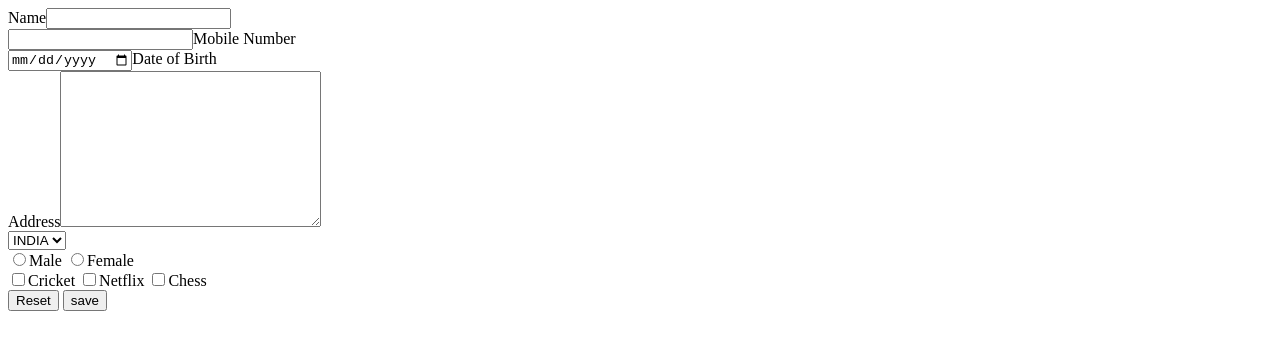
Repository: mannu343/project
Page: student/src/main/webapp/student.html
These files come from the project's save history. The page is drawn as it stood at one moment and after the next save; the edit follows.
The browser window is 1280 px wide. The pictures show the whole page.

Above is the page before, as saved 2023-01-31 17:26:14.

After the next save:
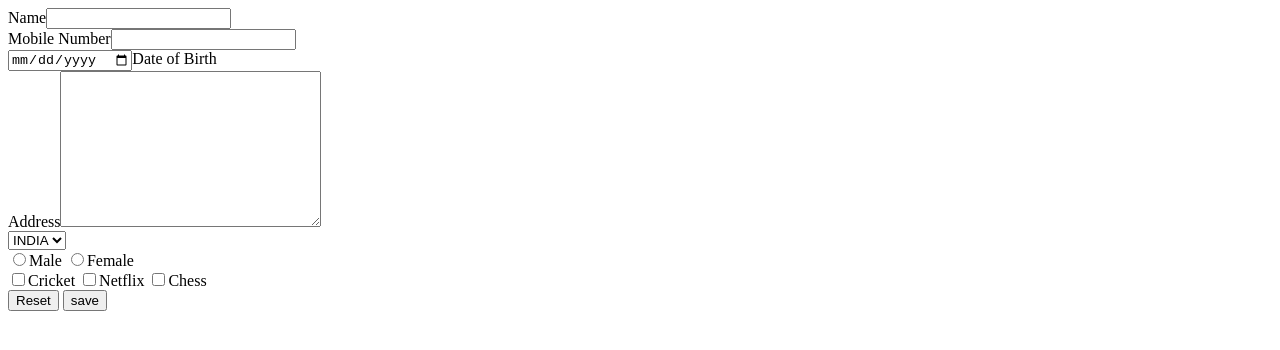
Saved 4 s later.
--- a/student/src/main/webapp/student.html
+++ b/student/src/main/webapp/student.html
@@ -7,7 +7,7 @@
 <body>
 <form action="save">
 Name<input name="name" type="text"> <br>
-<input name="mob" type="number">Mobile Number <br>
+Mobile Number<input name="mob" type="number"> <br>
 <input name="dob" type="date">Date of Birth <br>
 Address<textarea name="ads" rows="10" cols="30"></textarea><br>
 <select name="Contry">
